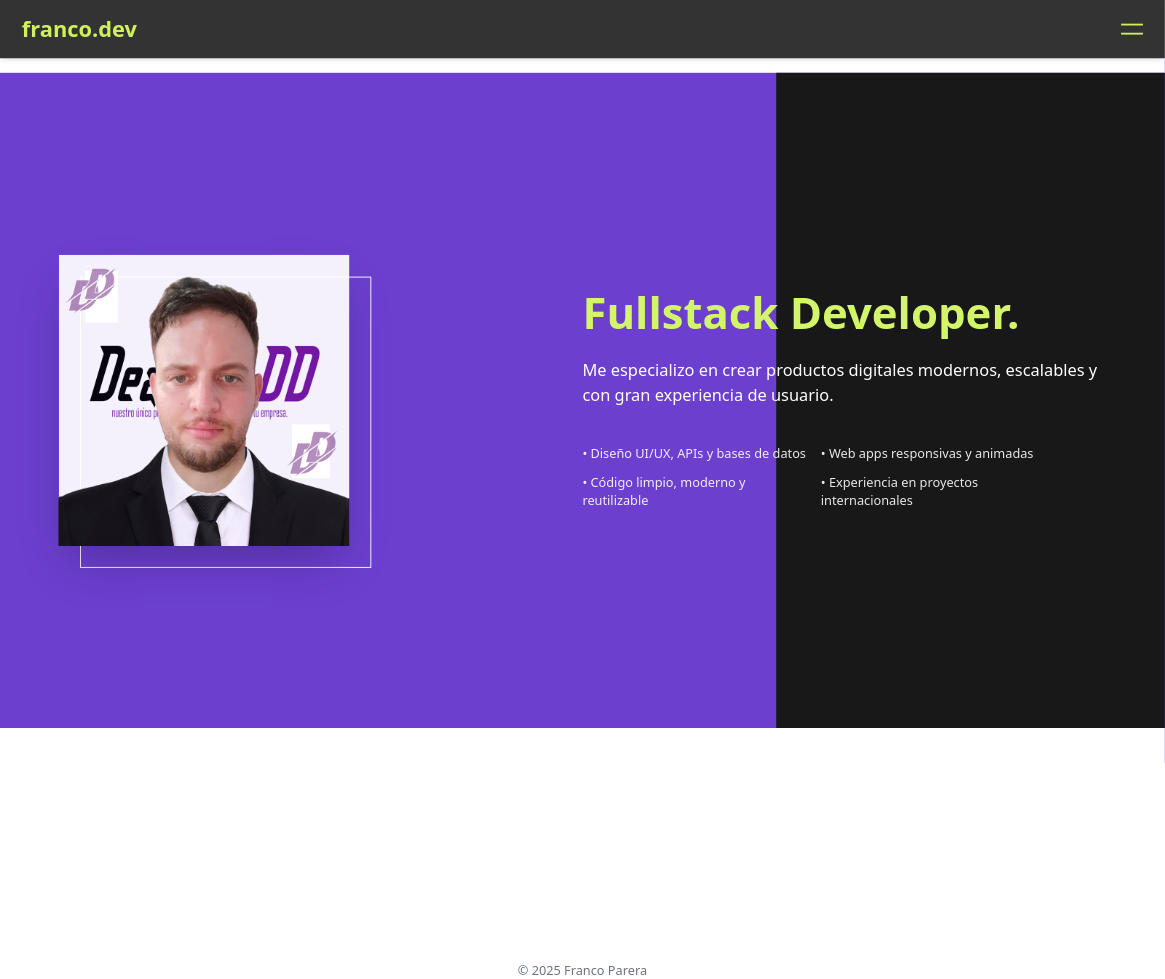
Repository: francoluca35/portfolio-franco-dev
Page: /
The author's editor kept a copy of each file at every save. The page is drawn from the files as they stood at one save, then again after the next save.
The browser window is 1280 px wide. The pictures show the whole page, at 91% of full size.
The project was rebuilt for these pictures with package versions that can differ from the ones it lists, and the page was loaded fresh each time. The framework's server and built-in components were replaced by stand-ins that run in the browser. Also part of the build but not shown: next.config.js.

Above is the page before, as saved 2025-05-06 01:23:30.

After the next save:
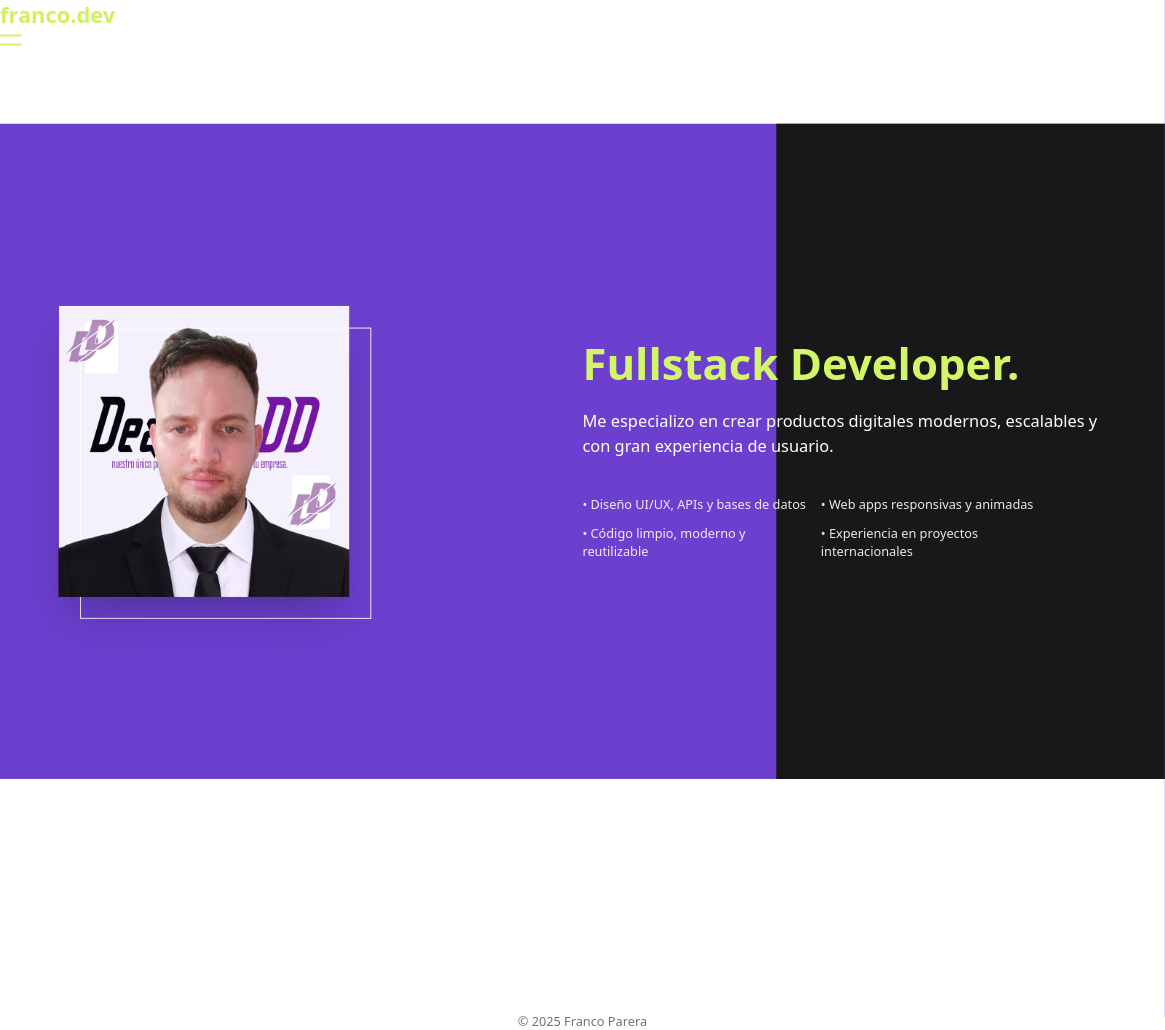
Saved 12 s later.
--- a/components/Nav.jsx
+++ b/components/Nav.jsx
@@ -10,7 +10,7 @@
   return (
     <>
       {/* Top navbar */}
-      <nav className="fixed w-full px-6 py-4 flex justify-between items-center z-50 bg-black/80 backdrop-blur-sm text-white shadow-md">
+      <nav className="">
         <h1 className="text-2xl font-bold text-[#CFF25C]">franco.dev</h1>
 
         <button onClick={() => setIsOpen(true)} className="space-y-2">

After the save that followed:
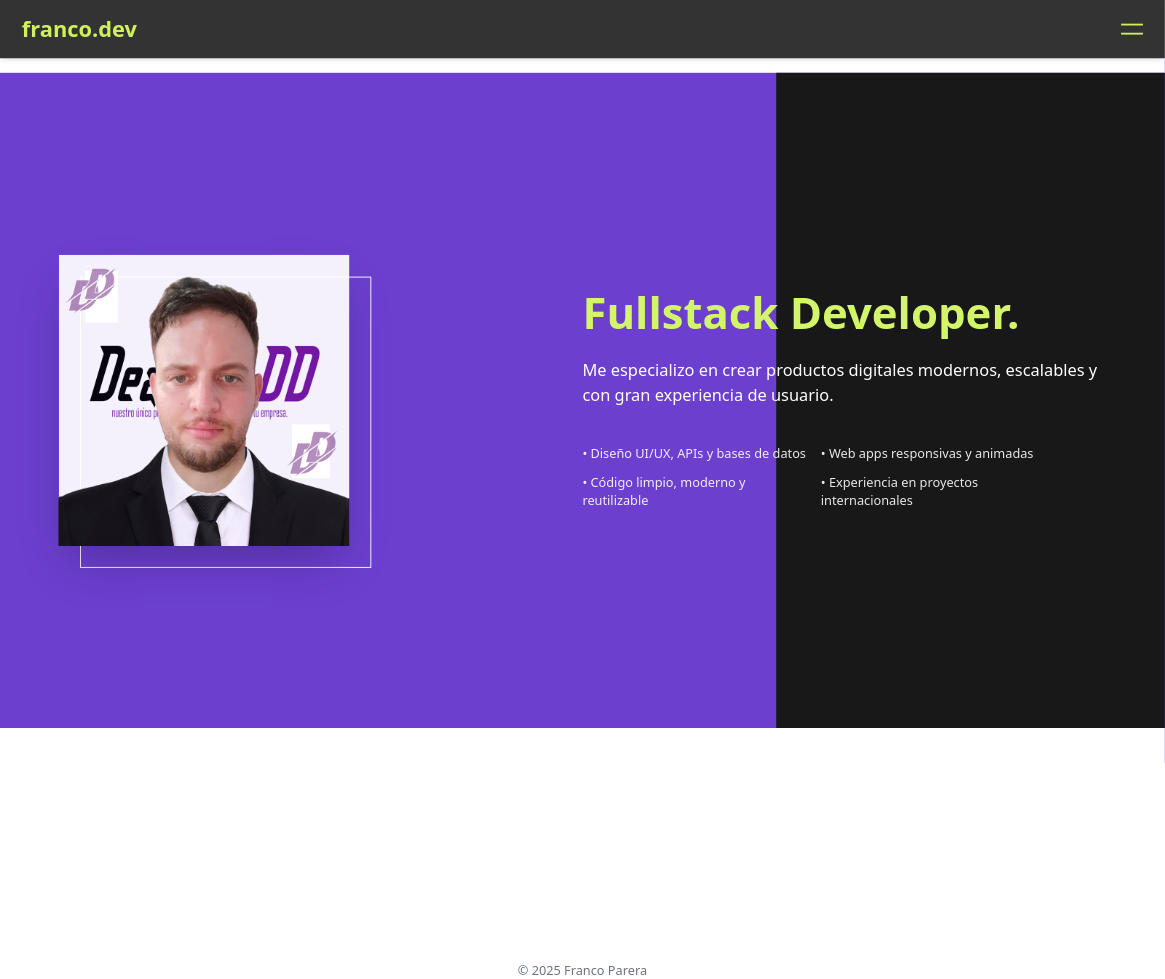
Saved 12 s later.
--- a/components/Nav.jsx
+++ b/components/Nav.jsx
@@ -10,7 +10,7 @@
   return (
     <>
       {/* Top navbar */}
-      <nav className="">
+      <nav className="fixed w-full px-6 py-4 flex justify-between items-center z-50 bg-black/80 backdrop-blur-sm text-white shadow-md">
         <h1 className="text-2xl font-bold text-[#CFF25C]">franco.dev</h1>
 
         <button onClick={() => setIsOpen(true)} className="space-y-2">
